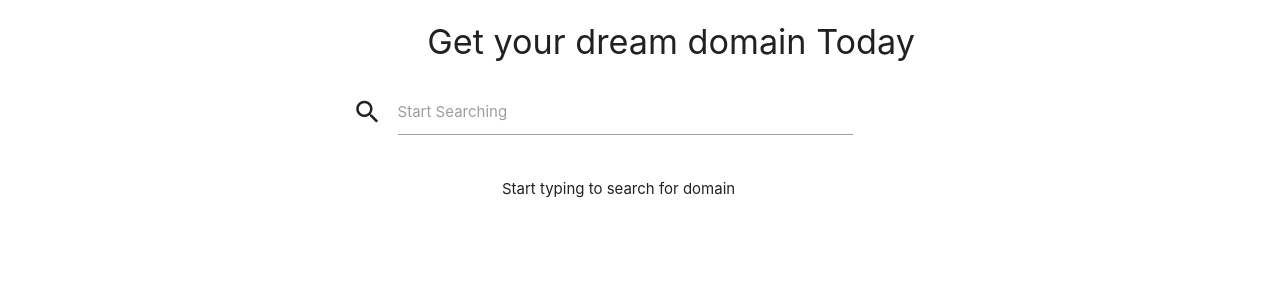
Repository: habib-urrehmaan/domain-name-searcher
Page: / (app in client/)
These files come from the project's save history. The page is drawn as it stood at one moment and after the next save; the edit follows.
The browser window is 1280 px wide. The pictures show the whole page.
The project was rebuilt for these pictures with package versions that can differ from the ones it lists, and the page was loaded fresh each time.

Above is the page before, as saved 2020-04-17 18:19:31.

### client/public/index.html
<!DOCTYPE html>
<html lang="en">
  <head>
    <meta charset="utf-8" />
    <link rel="icon" href="%PUBLIC_URL%/favicon.ico" />
    <meta name="viewport" content="width=device-width, initial-scale=1" />
    <meta name="theme-color" content="#000000" />
    <meta
      name="description"
      content="Web site created using create-react-app"
    />
    <link rel="apple-touch-icon" href="%PUBLIC_URL%/logo192.png" />
    <!--
      manifest.json provides metadata used when your web app is installed on a
      user's mobile device or desktop. See https://developers.google.com/web/fundamentals/web-app-manifest/
    -->
    <link rel="manifest" href="%PUBLIC_URL%/manifest.json" />
    <!--
      Notice the use of %PUBLIC_URL% in the tags above.
      It will be replaced with the URL of the `public` folder during the build.
      Only files inside the `public` folder can be referenced from the HTML.

      Unlike "/favicon.ico" or "favicon.ico", "%PUBLIC_URL%/favicon.ico" will
      work correctly both with client-side routing and a non-root public URL.
      Learn how to configure a non-root public URL by running `npm run build`.
    -->
    <link rel="stylesheet" href="https://cdnjs.cloudflare.com/ajax/libs/materialize/1.0.0/css/materialize.min.css">
    <link href="https://fonts.googleapis.com/icon?family=Material+Icons" rel="stylesheet">
     <!-- Compiled and minified JavaScript -->
     <script src="https://cdnjs.cloudflare.com/ajax/libs/materialize/1.0.0/js/materialize.min.js"></script>
    <title>React App</title>
  </head>
  <body>
    <noscript>You need to enable JavaScript to run this app.</noscript>
    <div id="root"></div>
    <!--
      This HTML file is a template.
      If you open it directly in the browser, you will see an empty page.

      You can add webfonts, meta tags, or analytics to this file.
      The build step will place the bundled scripts into the <body> tag.

      To begin the development, run `npm start` or `yarn start`.
      To create a production bundle, use `npm run build` or `yarn build`.
    -->
  </body>
</html>

### client/src/index.js
import React from 'react';
import ReactDOM from 'react-dom';
import './index.css';
import App from './App';

ReactDOM.render(
  <React.StrictMode>
    <App />
  </React.StrictMode>,
  document.getElementById('root')
);

// If you want your app to work offline and load faster, you can change
// unregister() to register() below. Note this comes with some pitfalls.
// Learn more about service workers: https://bit.ly/CRA-PWA
// serviceWorker.unregister();

### client/src/App.js
import React from 'react';
import Search from './Search';
import Output from './Output';

class App extends React.Component {

  constructor(props)
  {
    super(props);
    this.state ={
      output:null
    }
  }


  setAppOutput = (outputData) =>
  {
    console.log("setting output value")

    this.setState({
      output:outputData
    })
  }

  render()
  {
    return (
      <>
      <div className="App container">
        <Search setOutput={this.setAppOutput}/>
        <Output data={this.state.output}/>
      </div>
      </>
    );
  }
}

export default App;

### client/src/Search.js
import React, { Component } from 'react'
import axios from 'axios'

class Search extends Component {

    constructor(props)
    {
        super(props);
        console.log(props)
    }

    onChangeHandler = (e) =>
    {
        axios({
            'method': 'GET',
            'url': `http://localhost:5000/domain/search?domain=${e.target.value}`,
            'ContentType':'application/json'
        }).then((response)=>{

            var obj = JSON.parse(response.data.data);
            this.props.setOutput(obj);
        }).catch(error=>{
            console.log(error);
        });
    }

    render() {
        return (
            <div>
                <div className="row">
                    <div className="col offset-s3">
                        <h4>Get your dream domain Today</h4>
                    </div>
                    <div className="input-field col s7 offset-s2">
                        <i className="material-icons prefix">search</i>
                        <input id="search" type="text" className="validate" onChange={this.onChangeHandler}/>
                        <label htmlFor="search">Start Searching</label>
                    </div>
                </div>
            </div>
        )
    }
}

export default Search;

### client/src/Output.js
import React from 'react'

export default function Output(props) {

    let {data} = props;
    console.log("output data",data);
    return (
        <div className="row">
        {(data)?(<div className="col offset-s4">{(data.available)?(<div><span>Congratulations! This domain is available</span><br/>
            <span className="col offset-s3"><b>For:</b>{" "+data.currency+" "+data.price}</span></div>):(data.code)?(<div>{data.message}</div>):(<span>Sorry this domain is not Available</span>)}</div>)
            :(<div className="col offset-s4">Start typing to search for domain</div>)}


        </div>
    )
}

Loaded but not shown: client/src/index.css (common file)

After the next save:
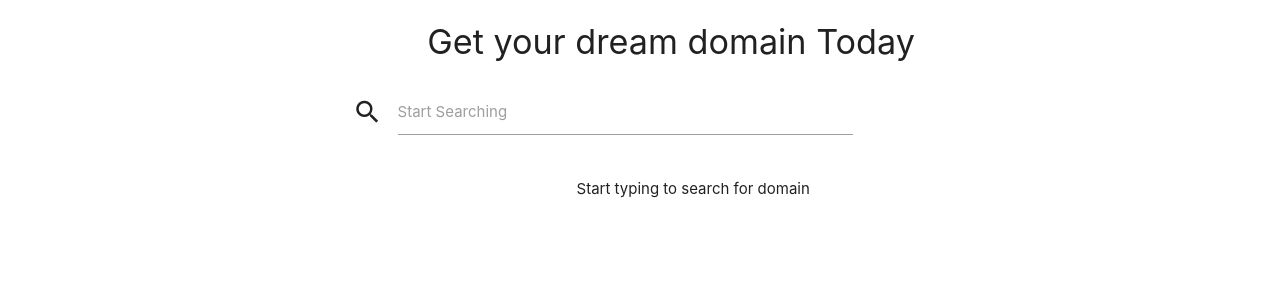
Saved 25 s later.
--- a/client/src/Output.js
+++ b/client/src/Output.js
@@ -6,9 +6,9 @@ export default function Output(props) {
     console.log("output data",data);
     return (
         <div className="row">
-        {(data)?(<div className="col offset-s4">{(data.available)?(<div><span>Congratulations! This domain is available</span><br/>
-            <span className="col offset-s3"><b>For:</b>{" "+data.currency+" "+data.price}</span></div>):(data.code)?(<div>{data.message}</div>):(<span>Sorry this domain is not Available</span>)}</div>)
-            :(<div className="col offset-s4">Start typing to search for domain</div>)}
+        {(data)?(<div className="col offset-s5">{(data.available)?(<div><span>Congratulations! This domain is available</span><br/>
+            <span className="col offset-s4"><b>For:</b>{" "+data.currency+" "+data.price}</span></div>):(data.code)?(<div>{data.message}</div>):(<span>Sorry this domain is not Available</span>)}</div>)
+            :(<div className="col offset-s5">Start typing to search for domain</div>)}
 
 
         </div>
